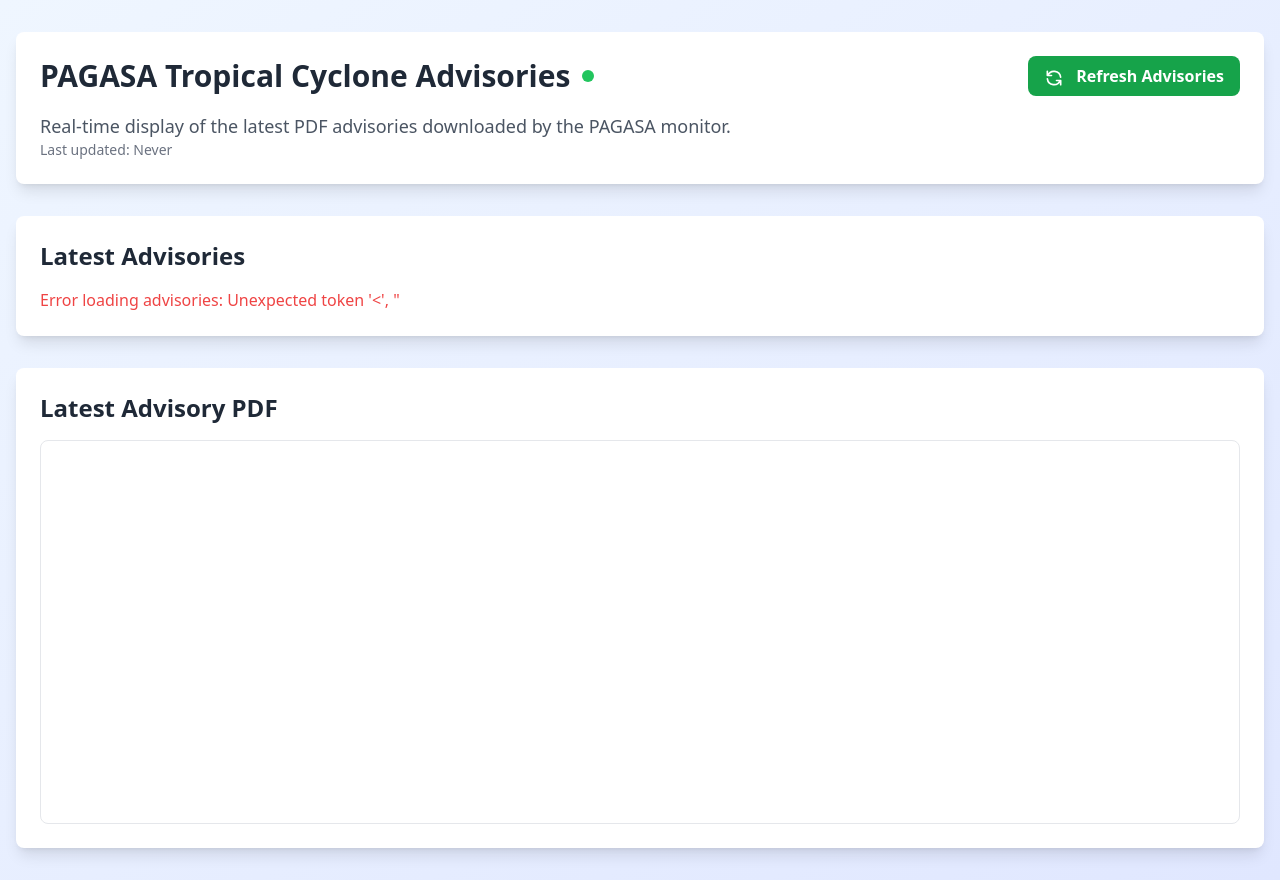
Repository: JetSpy-404/Heat-Mapping-For-Disaster-Risk-Prone-Areas
Page: pdf_viewer.html
An editor plug-in stored every save of this project. The page is shown before and after a run of saves, followed by the edit.
The browser window is 1280 px wide. The pictures show the whole page.
Some web libraries are served in a nearby version.

Above is the page before, as saved 2025-11-09 21:11:19.

After the next 2 saves:
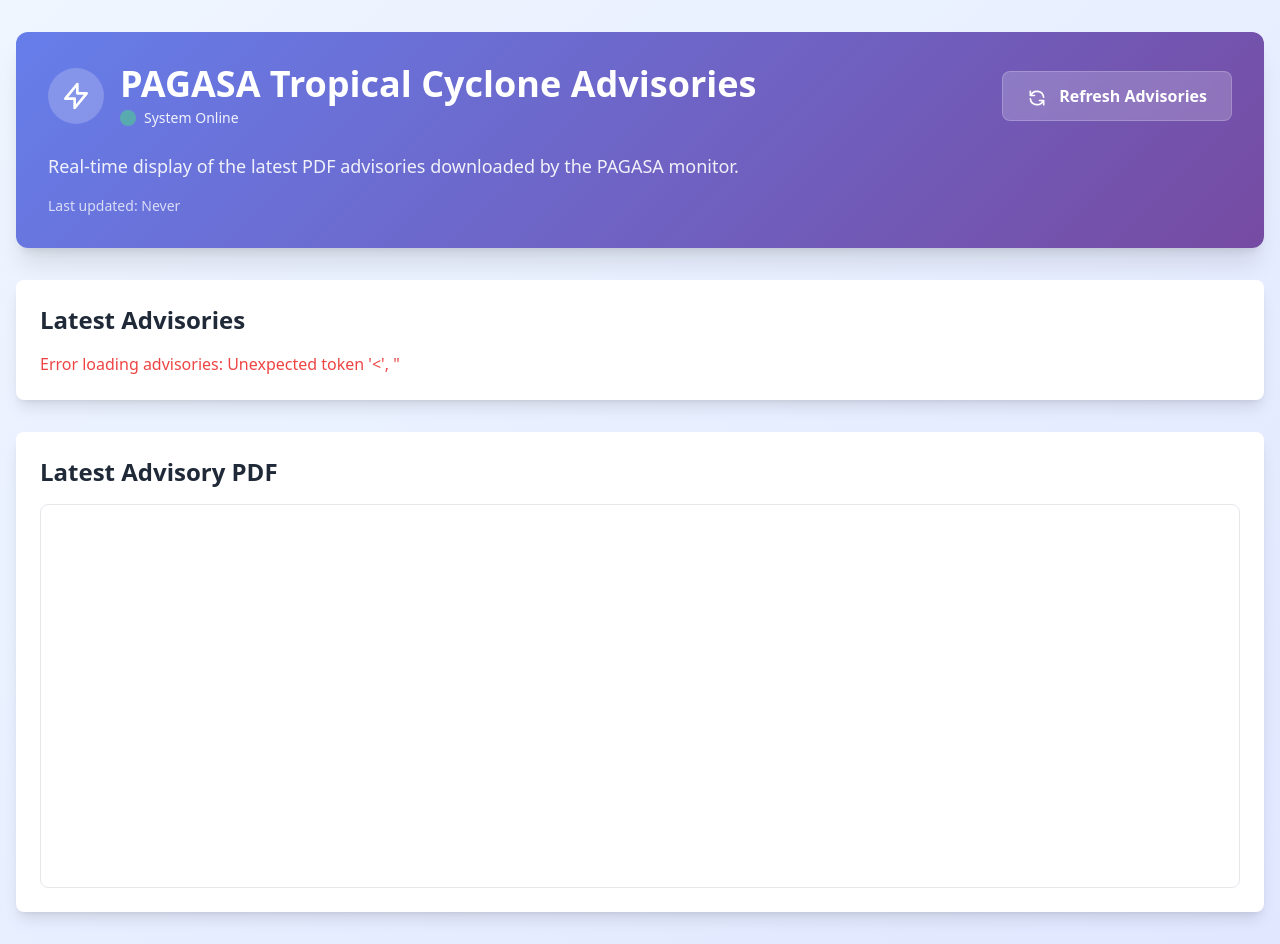
The 2 saves are shown as one change because they came seconds apart.
The last was saved 29 s later.
--- a/pdf_viewer.html
+++ b/pdf_viewer.html
@@ -43,27 +43,36 @@
 <body class="bg-gradient-to-br from-blue-50 to-indigo-100 min-h-screen py-8 px-4">
     <div class="max-w-7xl mx-auto">
         <!-- Header Section -->
-        <div class="bg-white rounded-lg shadow-lg p-6 mb-8">
-            <div class="flex items-center justify-between mb-4">
-                <h1 class="text-3xl font-bold text-gray-800 flex items-center">
-                    PAGASA Tropical Cyclone Advisories
-                    <span class="status-indicator ml-3 w-3 h-3 bg-green-500 rounded-full" id="status-indicator"></span>
-                </h1>
-                <button class="bg-green-600 hover:bg-green-700 text-white font-semibold py-2 px-4 rounded-lg transition duration-200 refresh-btn" onclick="refreshPDFs()">
+        <div class="gradient-bg rounded-xl shadow-xl p-8 mb-8 text-white">
+            <div class="flex items-center justify-between mb-6">
+                <div class="flex items-center">
+                    <div class="bg-white bg-opacity-20 p-3 rounded-full mr-4">
+                        <svg class="w-8 h-8" fill="none" stroke="currentColor" viewBox="0 0 24 24">
+                            <path stroke-linecap="round" stroke-linejoin="round" stroke-width="2" d="M13 10V3L4 14h7v7l9-11h-7z"></path>
+                        </svg>
+                    </div>
+                    <div>
+                        <h1 class="text-4xl font-bold mb-1">PAGASA Tropical Cyclone Advisories</h1>
+                        <div class="flex items-center">
+                            <span class="status-indicator mr-2 w-4 h-4 bg-green-400 rounded-full animate-pulse" id="status-indicator"></span>
+                            <span class="text-sm opacity-90">System Online</span>
+                        </div>
+                    </div>
+                </div>
+                <button class="bg-white bg-opacity-20 hover:bg-opacity-30 text-white font-semibold py-3 px-6 rounded-lg transition duration-300 refresh-btn backdrop-blur-sm border border-white border-opacity-20" onclick="refreshPDFs()">
                     <svg class="w-5 h-5 inline mr-2" fill="none" stroke="currentColor" viewBox="0 0 24 24">
                         <path stroke-linecap="round" stroke-linejoin="round" stroke-width="2" d="M4 4v5h.582m15.356 2A8.001 8.001 0 004.582 9m0 0H9m11 11v-5h-.581m0 0a8.003 8.003 0 01-15.357-2m15.357 2H15"></path>
                     </svg>
                     Refresh Advisories
                 </button>
             </div>
-            <p class="text-gray-600 text-lg">Real-time display of the latest PDF advisories downloaded by the PAGASA monitor.</p>
-            <p class="text-sm text-gray-500" id="last-updated">Last updated: Never</p>
-            <div class="loading hidden text-center py-4 text-gray-500 font-medium" id="loading">
-                <svg class="animate-spin w-6 h-6 inline mr-2" fill="none" viewBox="0 0 24 24">
-                    <circle class="opacity-25" cx="12" cy="12" r="10" stroke="currentColor" stroke-width="4"></circle>
-                    <path class="opacity-75" fill="currentColor" d="M4 12a8 8 0 018-8V0C5.373 0 0 5.373 0 12h4zm2 5.291A7.962 7.962 0 014 12H0c0 3.042 1.135 5.824 3 7.938l3-2.647z"></path>
-                </svg>
-                Loading advisories...
+            <p class="text-lg opacity-90 mb-4">Real-time display of the latest PDF advisories downloaded by the PAGASA monitor.</p>
+            <div class="flex items-center justify-between">
+                <p class="text-sm opacity-75" id="last-updated">Last updated: Never</p>
+                <div class="loading hidden flex items-center text-sm opacity-90" id="loading">
+                    <div class="loading-spinner mr-3"></div>
+                    Loading advisories...
+                </div>
             </div>
         </div>
 
